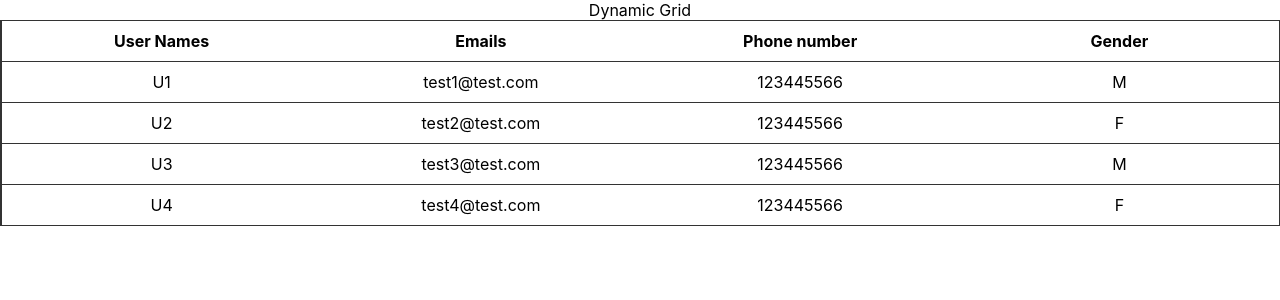
Repository: mayank-tavisca/dynamic-grids
Page: /
These files come from the project's save history. The page is drawn as it stood at one moment and after the next save; the edit follows.
The browser window is 1280 px wide. The pictures show the whole page.
The project was rebuilt for these pictures with package versions that can differ from the ones it lists, and the page was loaded fresh each time.

Above is the page before, as saved 2020-02-04 10:59:54.

After the next save:
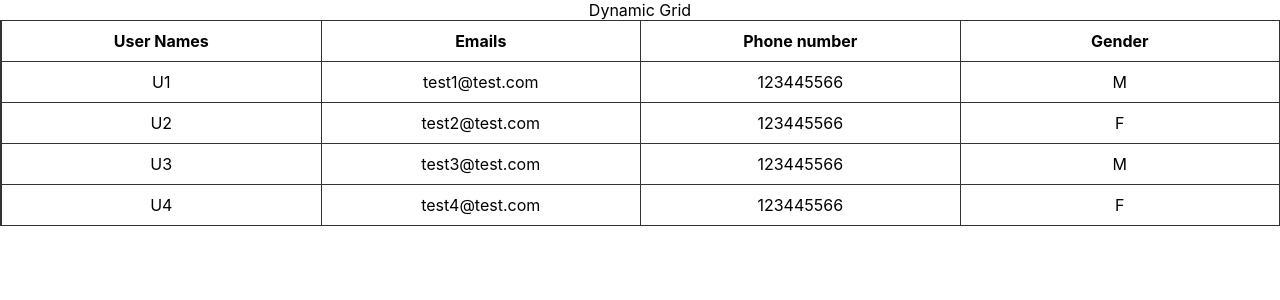
Saved 8 s later.
--- a/src/dynamic-grid/dynamicGrid.module.scss
+++ b/src/dynamic-grid/dynamicGrid.module.scss
@@ -7,9 +7,9 @@
     display: flex;
     flex-direction: row;
     border-bottom: 1px solid #333;
-    border-left: 1px solid #333;
 
     .tableCell {
+      border-left: 1px solid #333;
       flex: 1 0 0;
       padding: 10px 24px;
     }
